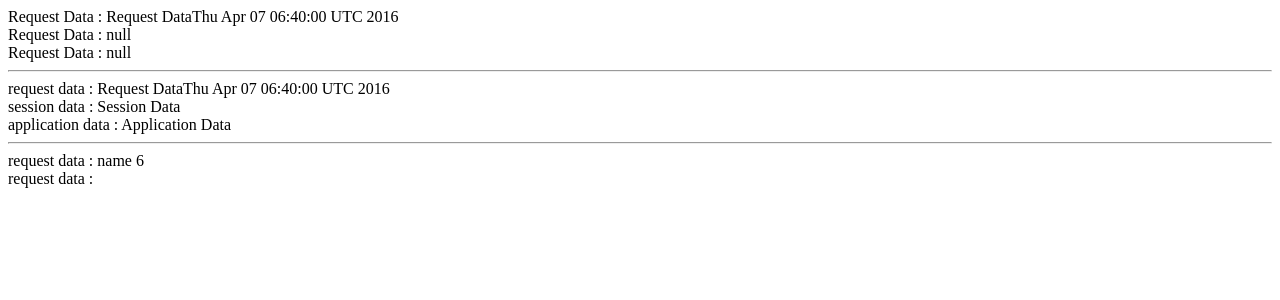
Repository: yeobinJeong/demoweb
Page: http://localhost/example-web/eltest.action
An editor plug-in stored every save of this project. The page is shown before and after the next save, followed by the edit.
The browser window is 1280 px wide. The pictures show the whole page.
The page is served by Tomcat 9. Other server files are loaded and not shown.

Above is the page before, as saved 2016-04-20 02:25:21.

### example-web/WebContent/jspdemo/10.el-result.jsp
<%@ page language="java"
	contentType="text/html; charset=utf-8"
	pageEncoding="utf-8"%>
<!DOCTYPE html>
<html>
<head>
<meta charset="utf-8">
<title></title>
</head>
<body>

	Request Data : <%= request.getAttribute("data1") %><br/>
	Request Data : <%= request.getAttribute("data2") %><br/>
	Request Data : <%= request.getAttribute("data3") %><br/>


	<hr/>

	request data : ${ requestScope.data1 }<br/>
	session data : ${ sessionScope.data2 }<br/>
	application data : ${ applicationScope.data3 }<br/>

	<hr/>
		request data : ${ persons.get(3).name }<br/> <!-- getName() -->
		request data : ${ personsht.get(3).name }<br/> <!-- getName() -->
	<%-- request data : ${ persons.getName() }<br/> --%>

</body>
</html>

### example-web/src/com/exampleweb/servlet/ELTestServlet.java
package com.exampleweb.servlet;

import java.io.IOException;
import java.util.ArrayList;
import java.util.Date;
import java.util.Hashtable;

import javax.servlet.ServletException;
import javax.servlet.annotation.WebServlet;
import javax.servlet.http.HttpServlet;
import javax.servlet.http.HttpServletRequest;
import javax.servlet.http.HttpServletResponse;

import com.exampleweb.dto.Person;

@WebServlet(value = "/eltest.action")
public class ELTestServlet extends HttpServlet {

	protected void doPost(HttpServletRequest req, HttpServletResponse resp) throws ServletException, IOException {
		doGet(req, resp);
	}

	protected void doGet(HttpServletRequest req, HttpServletResponse resp) throws ServletException, IOException {

		req.setAttribute("data1","Request Data" + new Date());
		req.getSession().setAttribute("data2", "Session Data");
		req.getServletContext().setAttribute("data3", "Application Data");



		/*Person person = new Person();
		person.setNum(1);
		person.setName("john");
		person.setEmail("google");
//		req.setAttribute("person", person);*/

		ArrayList<Person> persons = new ArrayList<>();
		Hashtable<String, Person> ht = new Hashtable<>();

		for( int i=0; i<5; i++){
			Person p = new Person();
			p.setNum(i);
			p.setName("name "+ (i*2));
			p.setEmail("Email "+ i);
			persons.add(p);

			ht.put("key" +i, p);
		}
		req.setAttribute("persons", persons);
		req.setAttribute("psrsonht", ht);
		req.getRequestDispatcher("/jspdemo/10.el-result.jsp").forward(req,resp);
	}

}

### example-web/src/com/exampleweb/dto/Person.java
package com.exampleweb.dto;

public class Person {

	private int num;
	private String name;
	private String email;


	public int getNum() {
		return num;
	}
	public void setNum(int num) {
		this.num = num;
	}
	public String getName() {
		return name;
	}
	public void setName(String name) {
		this.name = name;
	}
	public String getEmail() {
		return email;
	}
	public void setEmail(String email) {
		this.email = email;
	}


}

After the next save:
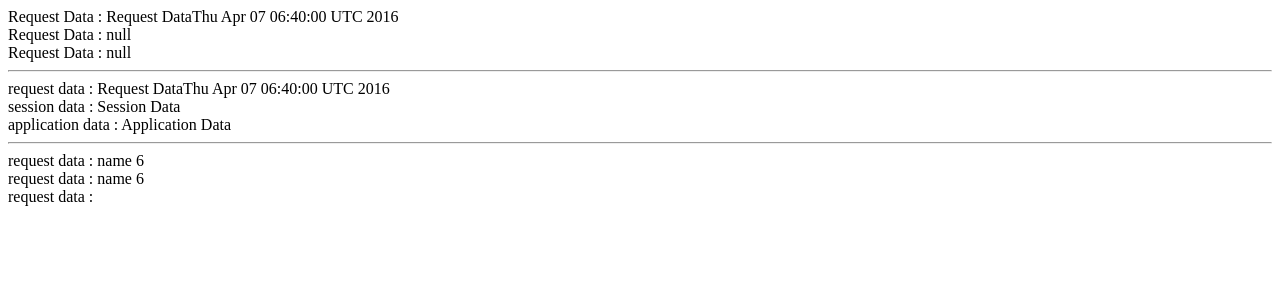
Saved 54 s later.
--- a/example-web/WebContent/jspdemo/10.el-result.jsp
+++ b/example-web/WebContent/jspdemo/10.el-result.jsp
@@ -22,7 +22,8 @@
 
 	<hr/>
 		request data : ${ persons.get(3).name }<br/> <!-- getName() -->
-		request data : ${ personsht.get(3).name }<br/> <!-- getName() -->
+		request data : ${ persons[3].name }<br/> <!-- getName() -->
+		request data : ${ personsht["key3"].name }<br/> <!-- getName() -->
 	<%-- request data : ${ persons.getName() }<br/> --%>
 
 </body>
